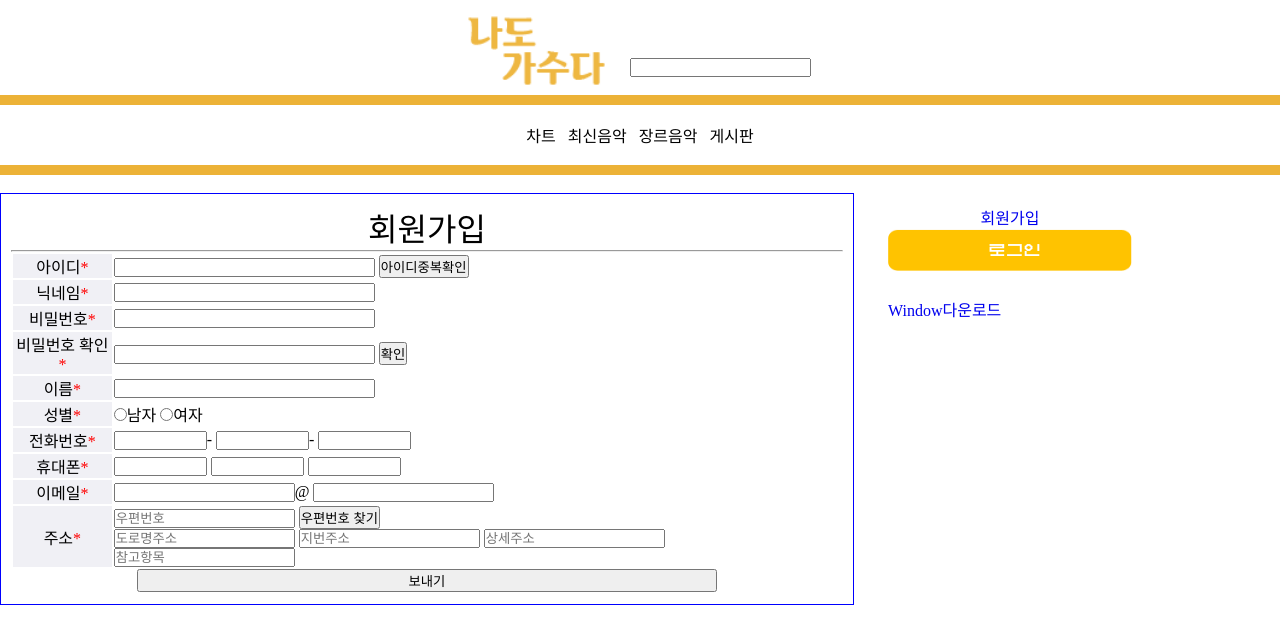
Repository: Ea-Bell/GraduationPortfolio
Page: http://localhost/WebTest/webTest/View/login/signUp.jsp
An editor plug-in stored every save of this project. The page is shown before and after the next save, followed by the edit.
The browser window is 1280 px wide. The pictures show the whole page.
The page is served by Tomcat 9. Nobody is signed in. The application's start-up code is not run. Other server files are loaded and not shown.

Above is the page before, as saved 2020-09-16 08:30:37.

### WEB_Server/WebTest/WebContent/webTest/View/login/signUp.jsp
<%@ page language="java" contentType="text/html; charset=UTF-8"
	pageEncoding="UTF-8"%>
<%@ taglib uri="http://java.sun.com/jsp/jstl/core" prefix="c"%>
<!DOCTYPE html>
<html>
<head>

<meta charset="UTF-8">
<title>회원가입</title>
<link rel="stylesheet" type="text/css" href="/webTest/Model/login/info.css" />
<link rel="stylesheet" type="text/css"
	href="/webTest/Model/mainForm/mainForm.css" />
<script type="text/javascript" src="/webTest/Model/mainForm/mainForm.js"></script>
</head>
<%-- 기본 기능 스크립트--%>
<script type="text/javascript" src="/webTest/Model/login/info.js"></script>

<%-- 다음 주소 스크립트--%>
<script
	src="https://t1.daumcdn.net/mapjsapi/bundle/postcode/prod/postcode.v2.js"></script>

<body>

<header>
	<div align="center">

		<form action="mainForm.jsp" method="post">
			<!-- 헤더 -->

				<a href="/index" style="background: white;">
					 <img src="/webTest/img/logo.png"
					 style="position: relative; top: 15px; left: 0px; width: 140px; width:140px"></a>
					  <input type="text" onclick=""
					style="position: relative; left: 20px;">
				&nbsp;&nbsp;&nbsp;&nbsp;&nbsp; <br>
				<br>

				<hr id="head_line" size="10px" color="#ECB237">

				<br> <a href="" onmouseover="TextMover()"
					onmouseout="TextMount()" id="nav" style="color: black;">차트</a>
				&nbsp; <a href="/webTest/View/fileUpLoad/fileList.jsp" onmouseover="TextMover2()"
					onmouseout="TextMount2()" id="nav2" style="color: black;">최신음악</a>
				&nbsp; <a href="" onmouseover="TextMover3()"
					onmouseout="TextMount3()" id="nav3" style="color: black;">장르음악</a>
						&nbsp; <a href="/webTest/article/list.jsp"  id="nav3" style="color: black;">게시판</a>
				<br>
				<br>
		</form>



	</div>
</header>
		<hr id="head_line" size="10px" color="#ECB237">
		<br>
	<!-- 콘텐츠 -->

	<div id="content"  style="border:1px solid blue; padding:10px; width: 65%;  float: left;" >


<form action="" name="join" method="post">
		<div align="center">
			<span> <font size="6px">회원가입</font>
			</span>
			<hr>
		</div>
		<div align="center">
			<table>
				<tr>
					<td align="center" id="iColor">아이디<span id="iSpan">*</span></td>
					<td><input type="text" size="30" name="id" value="${param.id}">
						<input type="submit" value="아이디중복확인" name="btn1" onclick="Btn(1)">
					</td>
				</tr>
				<tr>
					<td align="center" id="iColor">닉네임<span id="iSpan">*</span></td>
					<td><input type="text" size="30" name="nickname"> <c:if
							test="${errors.nickname }">닉네임을 입력하시오.</c:if></td>
				</tr>
				<tr>
					<td align="center" id="iColor">비밀번호<span id="iSpan">*</span></td>
					<td><input type="password" size="30" name="pw"> <c:if
							test="${errors.pw}}">암호를 입력하시오</c:if></td>
				</tr>
				<tr>
					<td align="center" id="iColor">비밀번호 확인<span id="iSpan">*</span></td>
					<td><input type="password" size="30"> <input type="submit"
						value="확인" name="confirmPw" onclick="Btn(3)"> <c:if
							test="${errors.confirmPw}">암호를 입력하시오.</c:if></td>
				</tr>
				<tr>
					<td align="center" id="iColor">이름<span id="iSpan">*</span></td>
					<td><input type="text" size="30" name="name"
						value="${param.name}"> <c:if test="${errors.name} }"></c:if>
					</td>
				</tr>

							<!-- 성별에서 디비 오류남 -->
				<tr>
					<td align="center" id="iColor">성별<span id="iSpan">*</span></td>
					<td><input type="radio" name="gender" value="남">남자 <input
						type="radio" name="gender" value="여">여자 <c:if
							test="${errors.gender}">성별을 클릭하시오.</c:if></td>
				</tr>
				<tr>
					<td align="center" id="iColor">전화번호<span id="iSpan">*</span></td>
					<td><input type="text" size="9" name="tel1">- <input
						type="text" size="9" name="tel2">- <input type="text"
						size="9" name="tel3"> <c:if test="${errors.tel }">전화번호를 입력하시오</c:if>
					</td>
				</tr>
				<tr>
					<td align="center" id="iColor">휴대폰<span id="iSpan">*</span></td>
					<td><input type="text" size="9" name="phone1"> <input
						type="text" size="9" name="phone2"> <input type="text"
						size="9" name="phone3"> <c:if test="${errors.phone}">번호를 입력하시오</c:if>
					</td>
				</tr>
				<tr>
					<td align="center" id="iColor">이메일<span id="iSpan">*</span></td>


			<td>
			<input type="text" name ="email1">@
			<input type="text" name ="email2">

			</td>
				<%-- 테스트 해야한다
<!-- 이메일  오류 있으니 이메일 체인지 찾아서 수정해서 완료할것(완료시 주석 삭제 요청함) -->

					<td>

						<input type="text" name="email1" onfocus="this.value='';"> @
						<input type="text" name="email2" value="" disabled>
						 <select name="email1" onchange="email_change()">
							<!--     <option value="0" >선택하세요</option> -->
							<option id="email2" value="9">직접입력</option>

							<option value="naver.com">naver.com</option>

							<option value="nate.com">nate.com</option>
					</select> <!-- 이메일끝 요기서 이메일 텍스트 부분을 3가지로 나눠서 생각하시오 --> <c:if
							test="errors.email">이메일을 입력하시오</c:if>
					</td>

					 --%>
				</tr>
				<tr>
					<td align="center" id="iColor">주소<span id="iSpan">*</span></td>

					<td><input type="text" id="sample4_postcode" name="addr1"
						placeholder="우편번호"> <input type="button"
						onclick="sample4_execDaumPostcode()" value="우편번호 찾기"><br>

						<input type="text" id="sample4_roadAddress" name="addr2"
						placeholder="도로명주소"> <input type="text"
						id="sample4_jibunAddress" name="addr3" placeholder="지번주소">

						<span id="guide" style="color: #999; display: none"></span> <input
						type="text" id="sample4_detailAddress" name="addr4"
						placeholder="상세주소"> <input type="text"
						id="sample4_extraAddress" name="addr5" placeholder="참고항목">
						<c:if test="errors.addr">주소를 입력하시오</c:if></td>
				</tr>
				<tr >
					<td colspan="2" align="center" ><input  style="width: 70%" type="submit" value="보내기" name="btn2"
						onclick="Btn(2)" ></td>
				</tr>
			</table>
		</div>
	</form>
	</div>



	<div style="padding:10px; width: 30%; float: right;">
		<aside id="main_aside">

			<table border="0">
				<tr>
					<td><c:if test="${empty authUser }">
							<div align="center"><a href=""></a> <a href="/webTest/login/signUp.jsp">회원가입</a></div>
							<a href="/webTest/login/login.jsp" ><img alt="" src="/webTest/img/login/login.png" style="height: 42px; width: 244px;"></a>
							<br>

						</c:if> <c:if test="${!empty authUser}">
				${authUser.nickname}님, 안녕하세요.<br />
							<a href="/LogoutHandler">[로그아웃하기]</a>
							<a href="changePwdForm.jsp">[암호변경하기]</a>
									&nbsp;&nbsp;&nbsp;&nbsp;&nbsp;&nbsp;&nbsp;&nbsp;&nbsp;&nbsp;<a href="/webTest/list/newMusicForm.jsp">[마이페이지]</a>
						</c:if></td>
				</tr>
			</table>

			<br>
			<table border="0">
				<tr>

					<td>
				<a href="/webTest/나는가수다.msi" download=>Window다운로드</a>
					</td>

				</tr>
			</table>

		</aside>
		</div>



	<!-- 바텀 -->
	<div align="center">



	</div>

</body>
</html>

### WEB_Server/WebTest/WebContent/webTest/Model/login/info.css
@charset "UTF-8";

#iColor
{
	background-color: #f0f0f5;
}
#iSpan
{
	color: red;
	align-content: center;
}

### WEB_Server/WebTest/WebContent/webTest/Model/mainForm/mainForm.css
@charset "UTF-8";
body{
	position: relative;
}

*{ margin:0; padding :0;}

img{border: 0; width:16px ; height: 16 px;}


#content{
	/* 중앙 정렬*/
	width: 960px;

	/* 수평 레이아웃 구성 */
	overflow: hidden;
}
#content > #main_section
{
	width: 650px;
	float: left;			/* 왼쪽에 붙입니다*/
}

#content > #main_aside{
	height:30%;
	width : 25%;
	float: right;           /*오른쪽에 붙입니다.*/
	margin-bottom: 20px;
	padding: 10px;

	color: #ff8000;


}



#content > #main_bside{

	width : 30%;
	height:0%;
	float: left;           /*왼쪽에 붙입니다.*/
	margin-bottom: 20px;
	padding: 10px;


}
#content > #main_cside{
	width :70%;
	height: 0%;
	float: none;           /*가운데에 붙입니다.*/
	margin-bottom: 20px;
	padding: 10px;
	border: 1px solid #e4e4e4;
	color: #ff8000;
	background-color:ff8000;
}

#textcolor{
	border: 1px solid #e4e4e4;
	color: #ff8000;
	background-color:ff8000;
}

#hr
{

}
#nav
{
	 font-family: ""
}
#winFont{
	font-family: "돋음";
	color: #1A1A1A;
}
a {
  text-decoration: none;
}

### WEB_Server/WebTest/WebContent/webTest/Model/mainForm/mainForm.js
/**
 *
 */

//문자나 이미지가 밖으로 나갔을경우
function TextMover() {
	var dama = document.getElementById('nav');
	dama.style.color="Red";
}
function ImgMover() {

}
function TextMover2() {
	var dama = document.getElementById('nav2');
	dama.style.color="Red";
}
function TextMover3() {
	var dama = document.getElementById('nav3');
	dama.style.color="Red";
}
//문자나 이미지가 밖으로 갔을경우
function TextMount() {
	var dama = document.getElementById('nav');
	dama.style.color="Black";
}
function TextMount2() {
	var dama = document.getElementById('nav2');
	dama.style.color="Black";
}
function TextMount3() {
	var dama = document.getElementById('nav3');
	dama.style.color="Black";
}
function ImgMount() {

}

### WEB_Server/WebTest/WebContent/webTest/Model/login/info.js
/**
 *
 */




function email_change(){

/*
if(document.join.email.options[document.join.email.selectedIndex].value == '0'){

 document.join.email2.disabled = true;

 document.join.email2.value = " ";
 dovument.join.email2.text = "";
}
*/



}
	function pwErrorCheck(){
	    var pw = document.join.wUserPW.value;
	    //var confirmPW = document.join.wUserPWConfirm.value;
	    if (pw.length < 6 || pw.length > 16) {
	        window.alert('비밀번호는 6글자 이상, 16글자 이하만 이용 가능합니다.');
	        document.join.pw.value =""
	        document.join.pwCheck.value="";
	        document.join.pw.focus();
	    }
	}


	function isSame(){
		var pw = document.join.pw.value;
	    var confirmPW = document.join.confirmPW.value;
		if(pw !="" && confirmPW!="") {
	        if(pw == confirmPW) {
	        	  document.getElementById('check').innerHTML='비밀번호가 일치합니다.'
	              document.getElementById('check').style.color='blue';
	        }
	        else {
	        	document.getElementById('check').innerHTML='비밀번호가 일치하지 않습니다.';
	            document.getElementById('check').style.color='red';
	        }
	    }
	}




function SetEmailTail(emailValue) {
	  if ( emailValue == "notSelected" ){
		  document.join.email2.readOnly = true;
		  document.join.email2.value = "";
	  }
	  else if ( emailValue == "etc" ) {
		  document.join.email2.readOnly = false;
		  document.join.email2.value = "";
	  } else {
		  document.join.email2.readOnly = true;
		  document.join.email2.value = emailValue;
	  }
}


function Btn(index){

	if(index ==1){
		document.join.method="post"
		document.join.action="../../test/test1.jsp";

	}
	else if(index==2)
		{
		document.join.method="post"
			document.join.action="/WebTest/Servlet";
		}
	else if(index ==3)
		{document.join.method="post"
		document.join.action="../../test/test3.jsp";
		}
	document.join.submit();
}



//본 예제에서는 도로명 주소 표기 방식에 대한 법령에 따라, 내려오는 데이터를 조합하여 올바른 주소를 구성하는 방법을 설명합니다.
function sample4_execDaumPostcode() {
    new daum.Postcode({
        oncomplete: function(data) {
            // 팝업에서 검색결과 항목을 클릭했을때 실행할 코드를 작성하는 부분.

            // 도로명 주소의 노출 규칙에 따라 주소를 표시한다.
            // 내려오는 변수가 값이 없는 경우엔 공백('')값을 가지므로, 이를 참고하여 분기 한다.
            var roadAddr = data.roadAddress; // 도로명 주소 변수
            var extraRoadAddr = ''; // 참고 항목 변수

            // 법정동명이 있을 경우 추가한다. (법정리는 제외)
            // 법정동의 경우 마지막 문자가 "동/로/가"로 끝난다.
            if(data.bname !== '' && /[동|로|가]$/g.test(data.bname)){
                extraRoadAddr += data.bname;
            }
            // 건물명이 있고, 공동주택일 경우 추가한다.
            if(data.buildingName !== '' && data.apartment === 'Y'){
               extraRoadAddr += (extraRoadAddr !== '' ? ', ' + data.buildingName : data.buildingName);
            }
            // 표시할 참고항목이 있을 경우, 괄호까지 추가한 최종 문자열을 만든다.
            if(extraRoadAddr !== ''){
                extraRoadAddr = ' (' + extraRoadAddr + ')';
            }

            // 우편번호와 주소 정보를 해당 필드에 넣는다.
            document.getElementById('sample4_postcode').value = data.zonecode;
            document.getElementById("sample4_roadAddress").value = roadAddr;
            document.getElementById("sample4_jibunAddress").value = data.jibunAddress;

            // 참고항목 문자열이 있을 경우 해당 필드에 넣는다.
            if(roadAddr !== ''){
                document.getElementById("sample4_extraAddress").value = extraRoadAddr;
            } else {
                document.getElementById("sample4_extraAddress").value = '';
            }

            var guideTextBox = document.getElementById("guide");
            // 사용자가 '선택 안함'을 클릭한 경우, 예상 주소라는 표시를 해준다.
            if(data.autoRoadAddress) {
                var expRoadAddr = data.autoRoadAddress + extraRoadAddr;
                guideTextBox.innerHTML = '(예상 도로명 주소 : ' + expRoadAddr + ')';
                guideTextBox.style.display = 'block';

            } else if(data.autoJibunAddress) {
                var expJibunAddr = data.autoJibunAddress;
                guideTextBox.innerHTML = '(예상 지번 주소 : ' + expJibunAddr + ')';
                guideTextBox.style.display = 'block';
            } else {
                guideTextBox.innerHTML = '';
                guideTextBox.style.display = 'none';
            }
        }
    }).open();
}

After the next save:
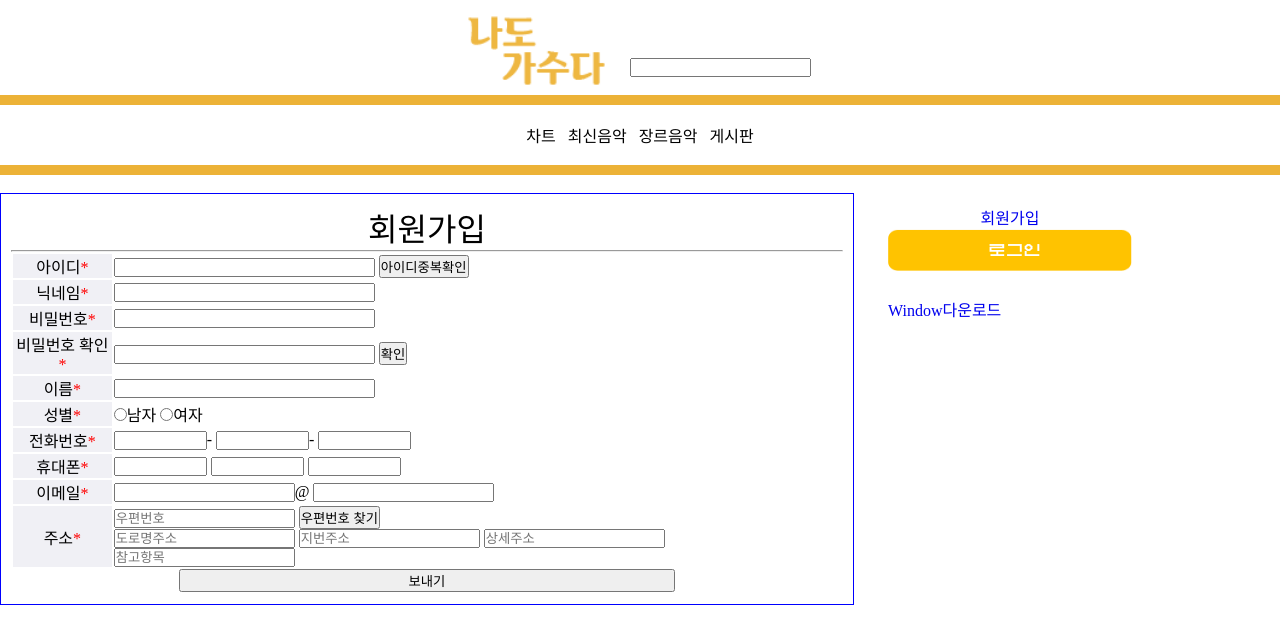
Saved 8 s later.
--- a/WEB_Server/WebTest/WebContent/webTest/View/login/signUp.jsp
+++ b/WEB_Server/WebTest/WebContent/webTest/View/login/signUp.jsp
@@ -164,7 +164,7 @@
 						<c:if test="errors.addr">주소를 입력하시오</c:if></td>
 				</tr>
 				<tr >
-					<td colspan="2" align="center" ><input  style="width: 70%" type="submit" value="보내기" name="btn2"
+					<td colspan="2" align="center" ><input  style="width: 60%" type="submit" value="보내기" name="btn2"
 						onclick="Btn(2)" ></td>
 				</tr>
 			</table>
